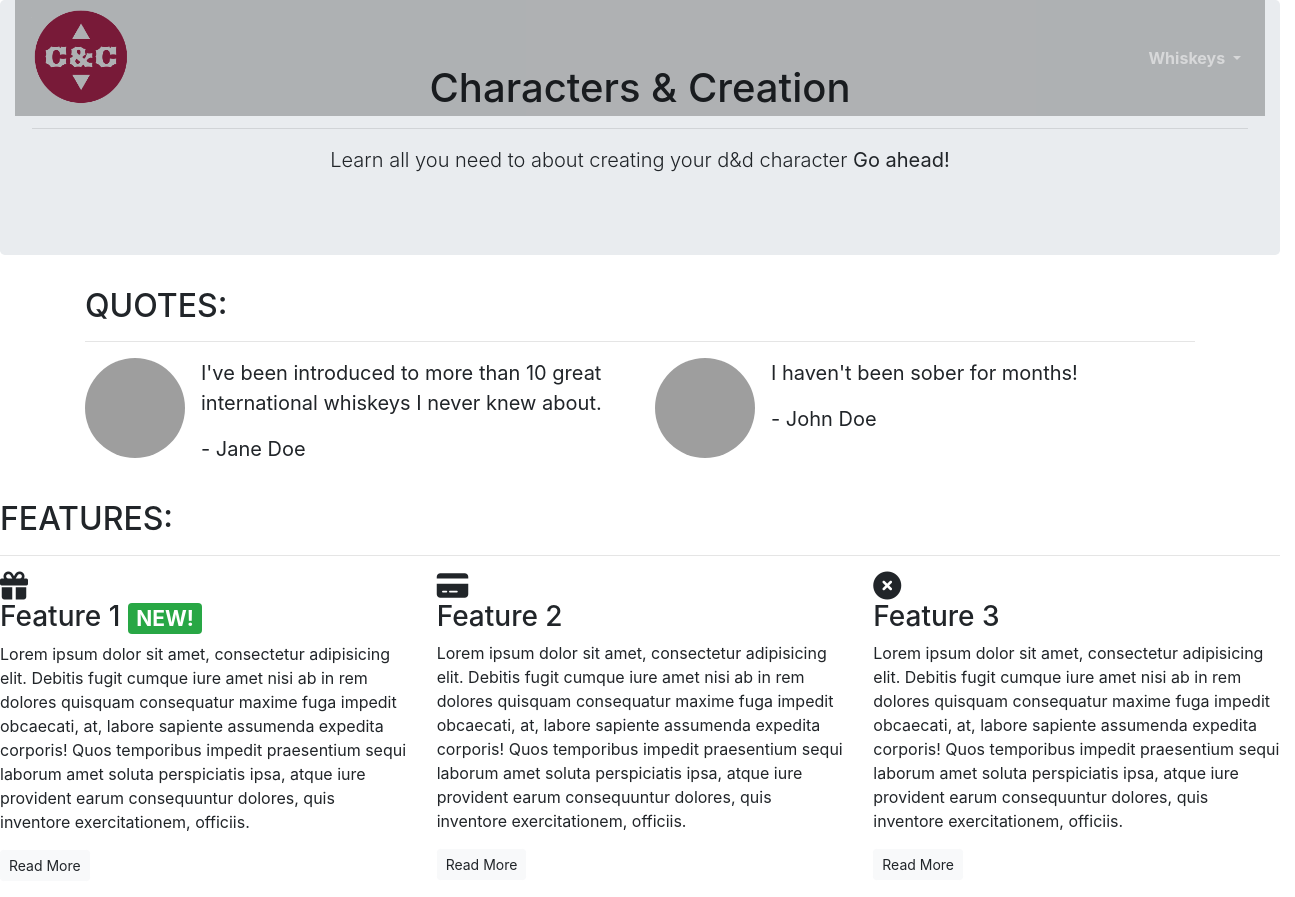
Repository: Felix-Redwood/Characters_-_Creation
Page: index.html
The author's editor kept a record of every edit. The page is drawn from the files as they stood at one moment, then again after the next edit.
The browser window is 1280 px wide. The page is 1295 px wide, so the pictures cover 1295 px, including what lies to the right of the window. The pictures show the whole page.
Pictures or frames that could not be fetched are drawn as grey boxes. Some web libraries are served in a nearby version.

Above is the page before.
Console error: TypeError: Cannot read properties of undefined (reading 'fn')

After the next edit:
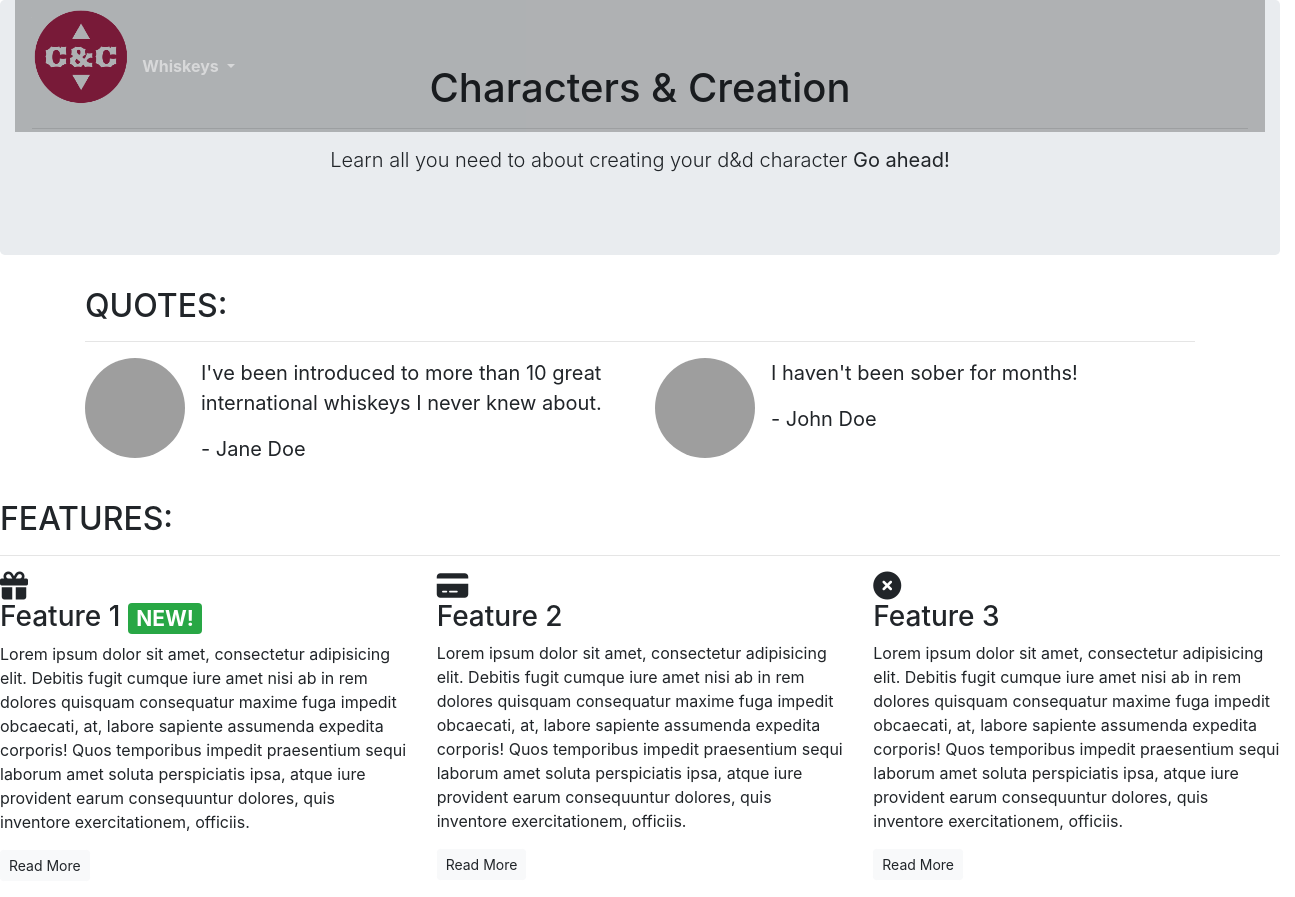
The edit:
--- a/index.html
+++ b/index.html
@@ -18,6 +18,7 @@
 <body>
     <div class="container-fluid navalert-container">
         <nav class="navbar navbar-dark navbar-expand-sm sticky-top top-nav">
+            <a href="">
             <img src="assets/images/logo.png" class="logo"/>
 
             <button class="navbar-toggler ml-auto" type="button" data-toggle="collapse" data-target="#navbarNavDropdown" aria-controls="navbarNavDropdown" aria-expanded="false" aria-lable="toggleNavigation">

After the edit that followed:
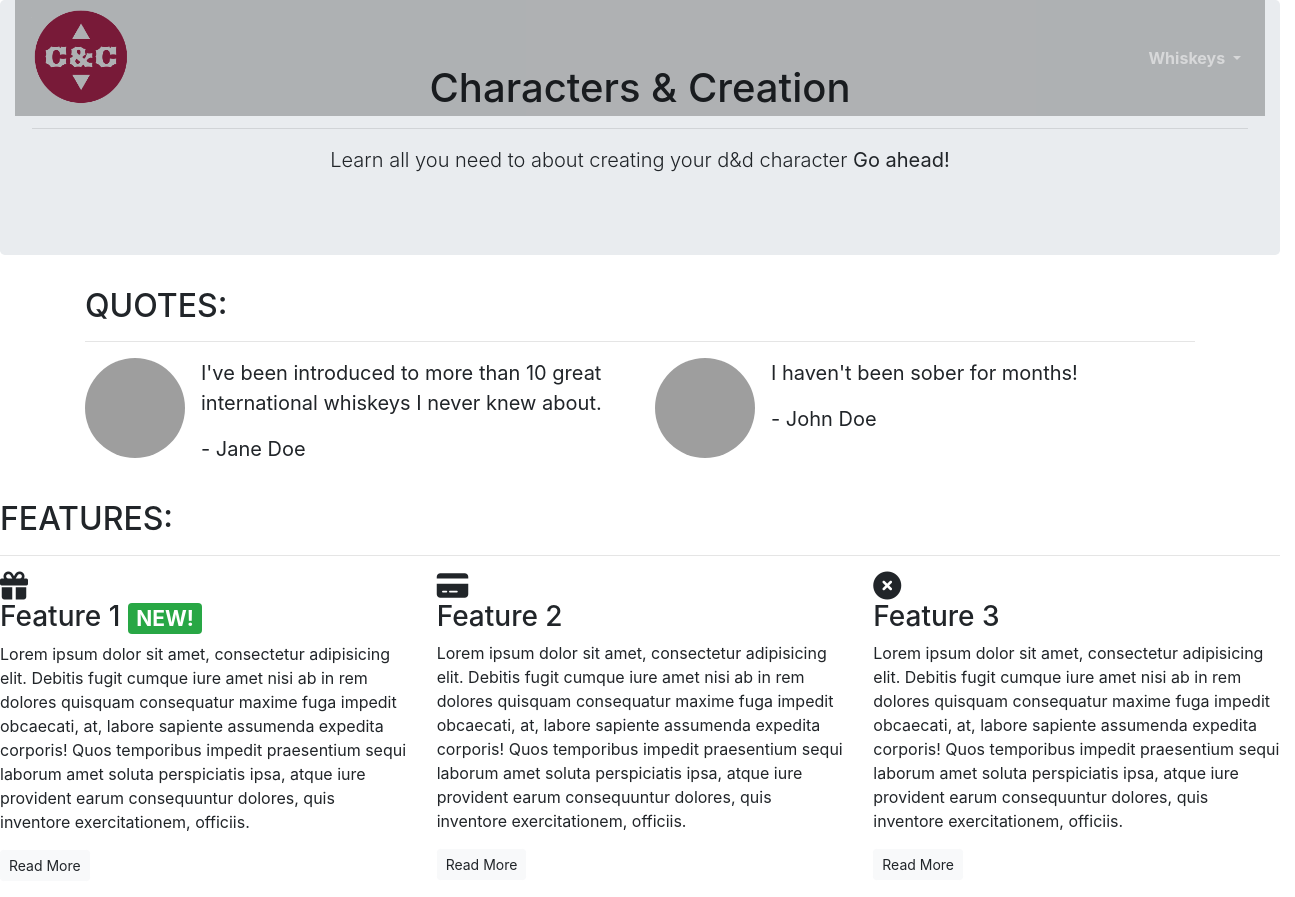
The edit:
--- a/index.html
+++ b/index.html
@@ -20,7 +20,7 @@
         <nav class="navbar navbar-dark navbar-expand-sm sticky-top top-nav">
             <a href="">
             <img src="assets/images/logo.png" class="logo"/>
-
+</a>
             <button class="navbar-toggler ml-auto" type="button" data-toggle="collapse" data-target="#navbarNavDropdown" aria-controls="navbarNavDropdown" aria-expanded="false" aria-lable="toggleNavigation">
             <span class="navbar-toggler-icon"></span>
             </button>
